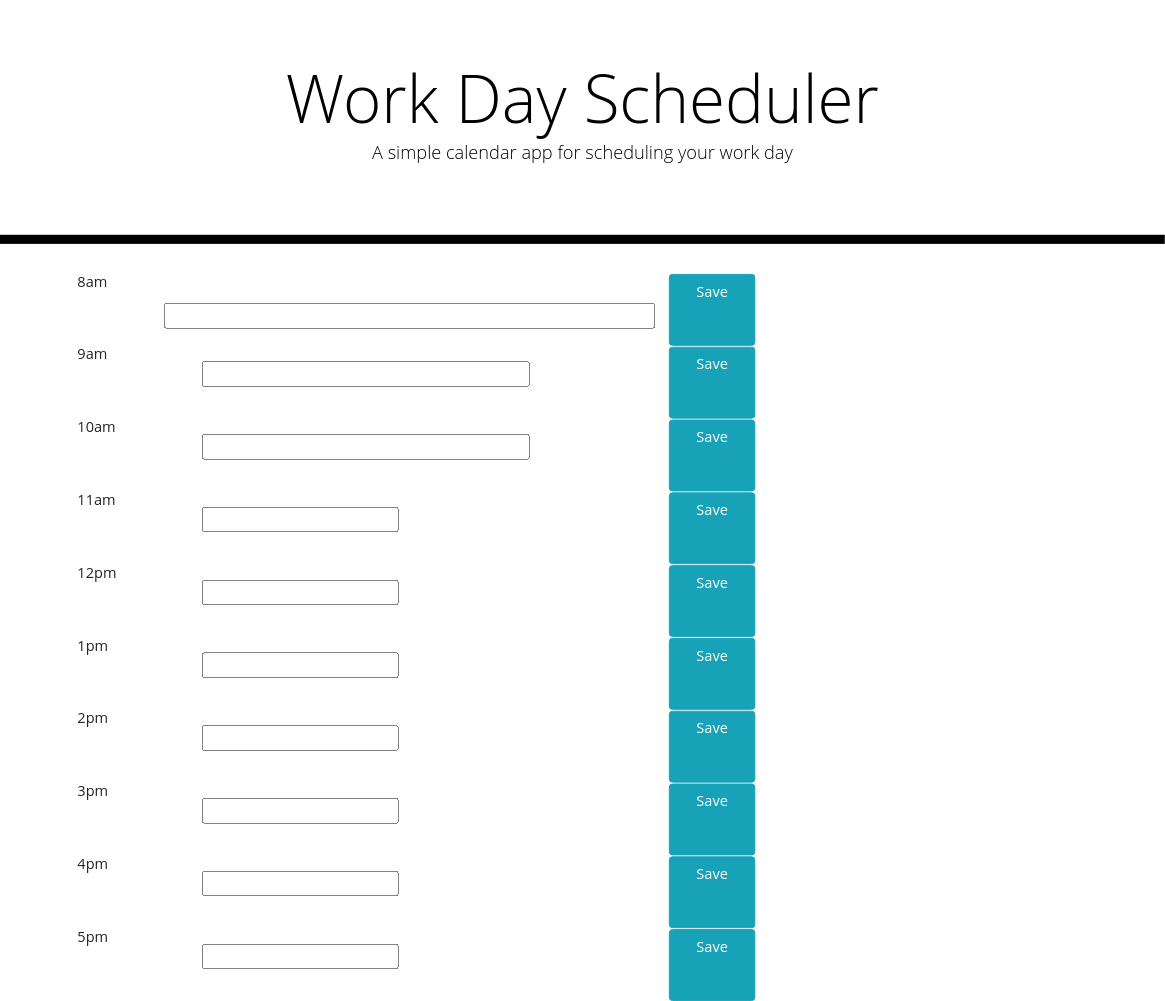
Repository: kkyler24/DayPlanner
Page: Index.html
An editor plug-in stored every save of this project. The page is shown before and after the next save, followed by the edit.
The browser window is 1280 px wide. The pictures show the whole page, at 91% of full size.
Some web libraries are served in a nearby version.

Above is the page before, as saved 2020-04-02 14:20:19.

After the next save:
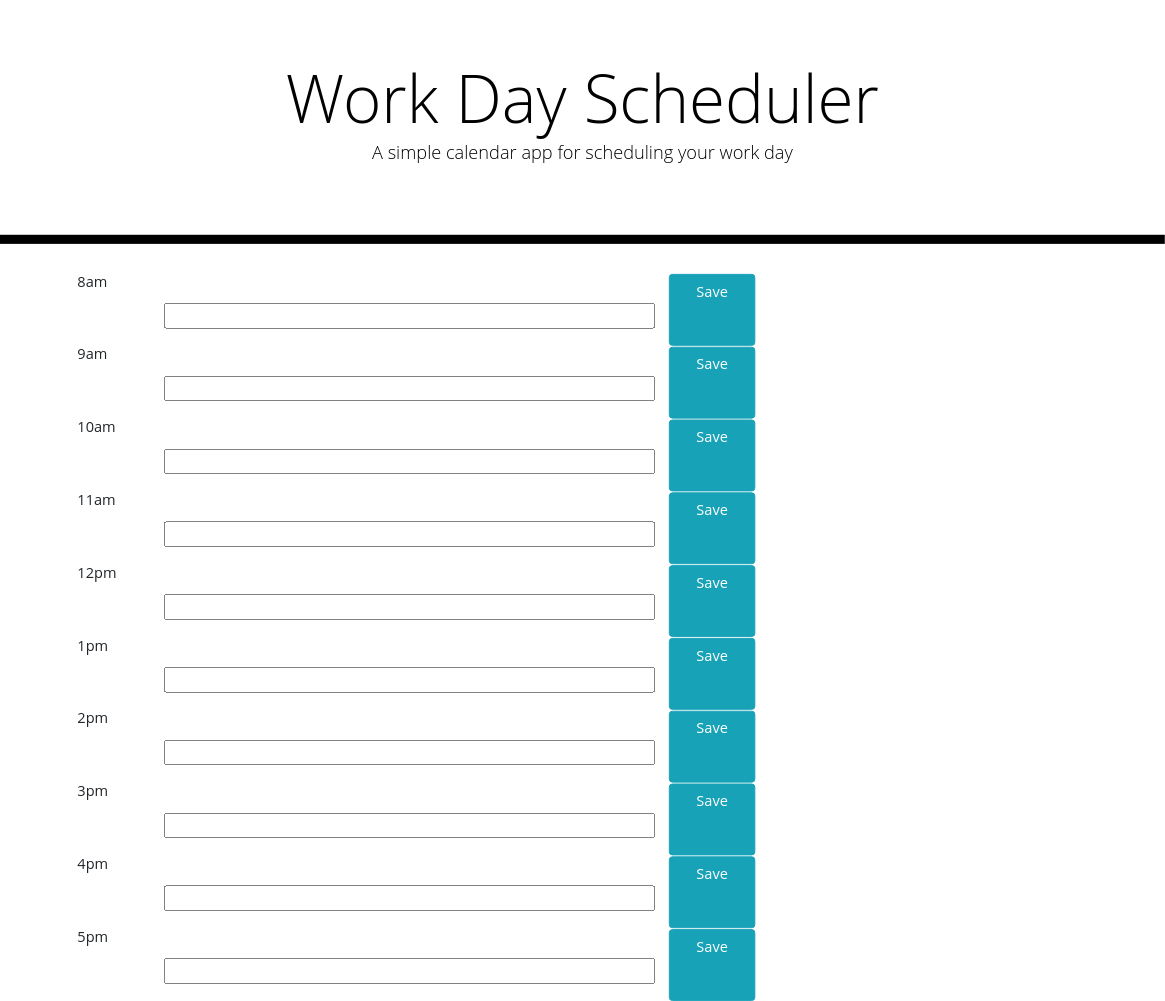
Saved 58 s later.
--- a/Index.html
+++ b/Index.html
@@ -28,63 +28,63 @@
       <div class="row">
         <div class="col-sm-1">9am</div>
         <div class="col-sm-6" >
-          <input class="col-sm-8" data-input="9"></input>
+          <input class="col-sm-12" data-input="9"></input>
         </div>
         <div class="col-sm-1 btn btn-info btn-save" data-time="9">Save</div>
     </div>
     <div class="row">
         <div class="col-sm-1">10am</div>
         <div class="col-sm-6" >
-          <input class="col-sm-8" data-input="10"></input>
+          <input class="col-sm-12" data-input="10"></input>
         </div>
         <div class="col-sm-1 btn btn-info btn-save" data-time="10">Save</div>
     </div>
     <div class="row">
         <div class="col-sm-1">11am</div>
         <div class="col-sm-6" >
-          <input data-input="11"></input>
+          <input class="col-sm-12" data-input="11"></input>
         </div>
         <div class="col-sm-1 btn btn-info btn-save" data-time="11">Save</div>
     </div>
     <div class="row">
         <div class="col-sm-1">12pm</div>
         <div class="col-sm-6" >
-          <input data-input="12"></input>
+          <input class="col-sm-12" data-input="12"></input>
         </div>
         <div class="col-sm-1 btn btn-info btn-save" data-time="12">Save</div>
     </div>
     <div class="row">
         <div class="col-sm-1">1pm</div>
         <div class="col-sm-6" >
-          <input data-input="1"></input>
+          <input class="col-sm-12" data-input="1"></input>
         </div>
         <div class="col-sm-1 btn btn-info btn-save" data-time="1">Save</div>
     </div>
     <div class="row">
         <div class="col-sm-1">2pm</div>
         <div class="col-sm-6" >
-          <input data-input="2"></input>
+          <input class="col-sm-12" data-input="2"></input>
         </div>
         <div class="col-sm-1 btn btn-info btn-save" data-time="2">Save</div>
     </div>
     <div class="row">
         <div class="col-sm-1">3pm</div>
         <div class="col-sm-6" >
-          <input data-input="3"></input>
+          <input class="col-sm-12" data-input="3"></input>
         </div>
         <div class="col-sm-1 btn btn-info btn-save" data-time="3">Save</div>
     </div>
     <div class="row">
         <div class="col-sm-1">4pm</div>
         <div class="col-sm-6" >
-          <input data-input="4"></input>
+          <input class="col-sm-12" data-input="4"></input>
         </div>
         <div class="col-sm-1 btn btn-info btn-save" data-time="4">Save</div>
     </div>
     <div class="row">
         <div class="col-sm-1">5pm</div>
         <div class="col-sm-6">
-          <input data-input="5"></input>
+          <input class="col-sm-12" data-input="5"></input>
         </div>
         <div class="col-sm-1 btn btn-info btn-save" data-time="5">Save</div>
     </div>
